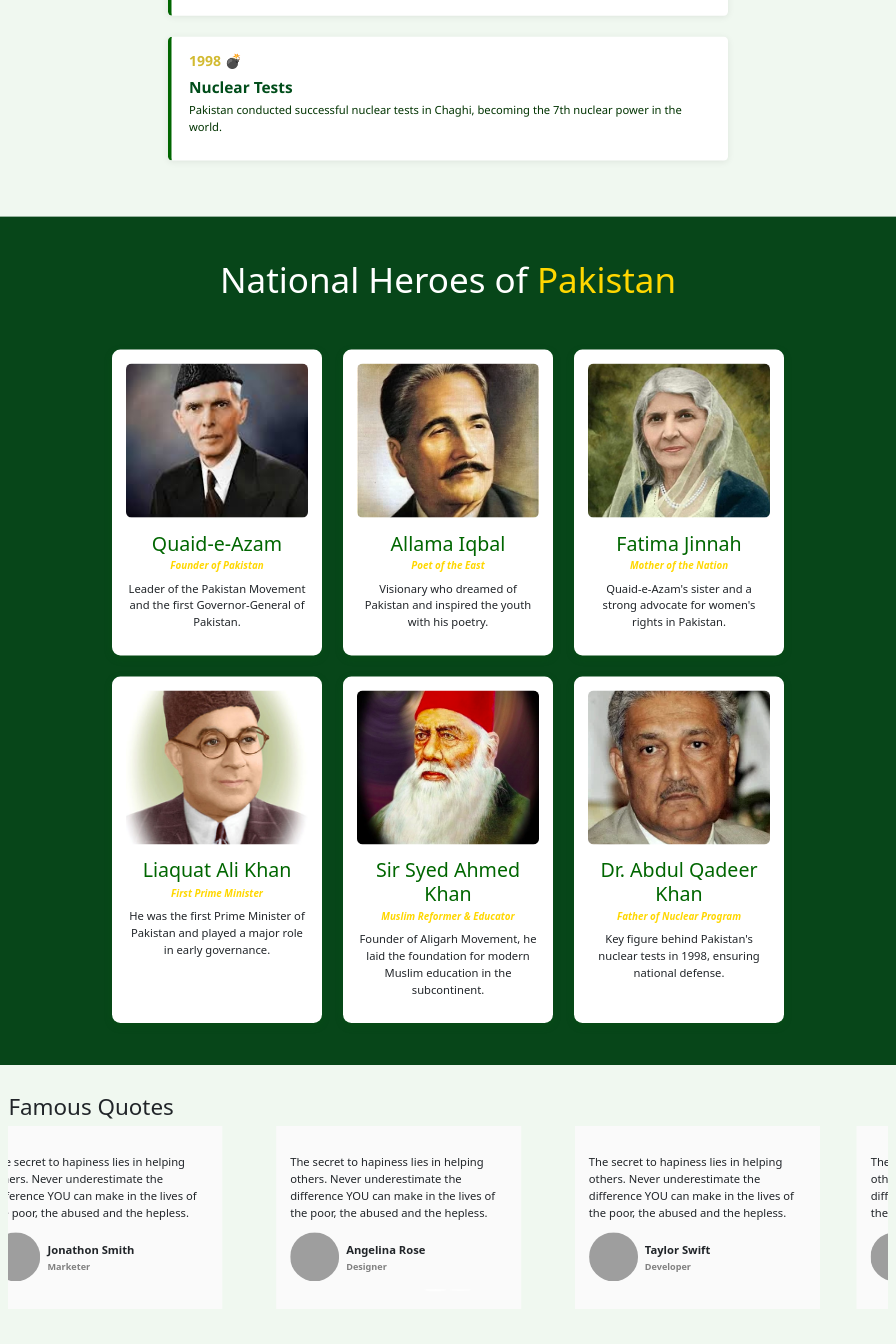
Repository: memonmuhammadali98/Pakistan-Independence-Day
Page: index.html
The author's editor kept a copy of each file at every save. The page is drawn from the files as they stood at one save, then again after the next save.
The browser window is 1280 px wide. The pictures show the part of the page from y = 2709 to 4629 px (the page is 4629 px tall before and 4539 px after), at 70% of full size.
Pictures or frames that could not be fetched are drawn as grey boxes.

Above is the page before, as saved 2025-08-08 17:29:44.
Console error: TypeError: Cannot set properties of null (setting 'innerHTML')

After the next save:
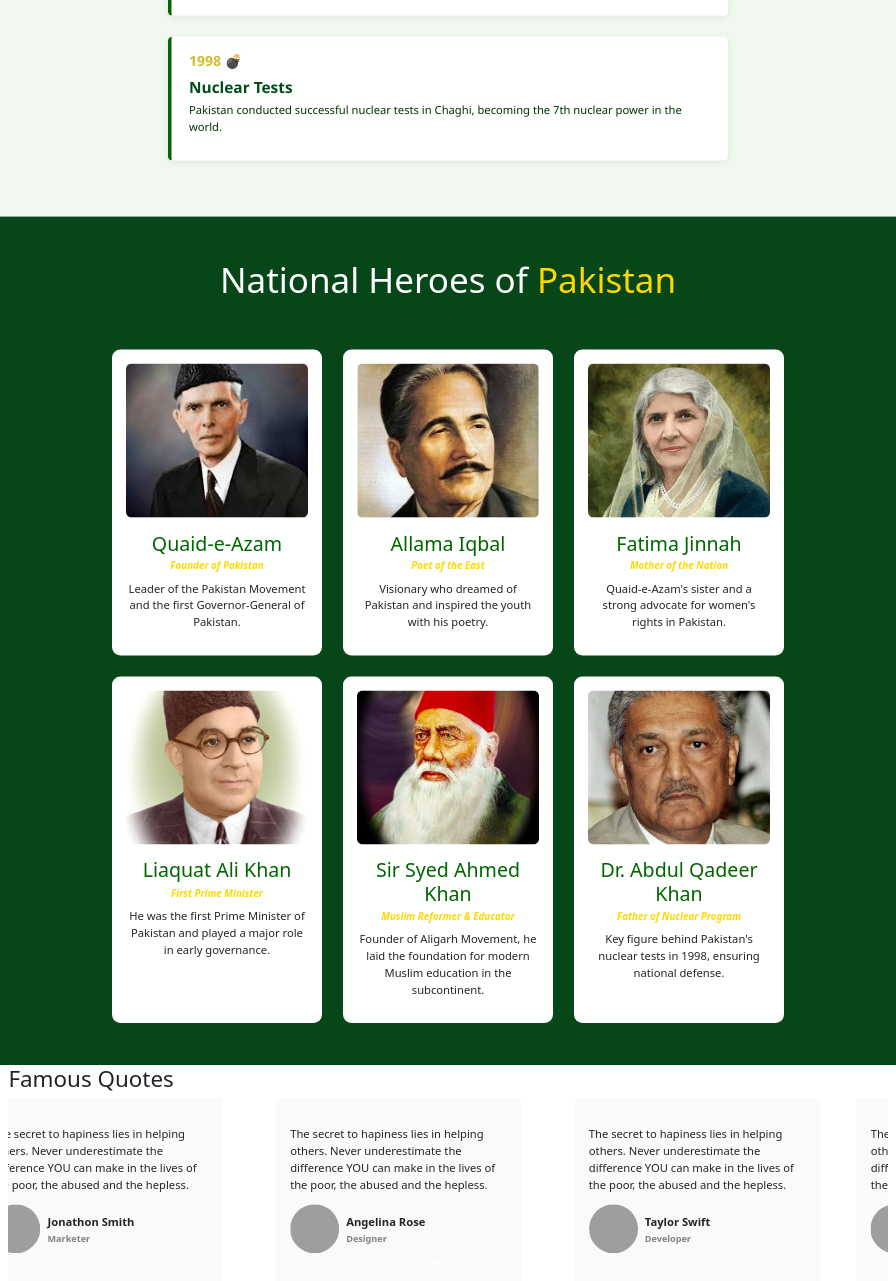
Saved 88 s later.
--- a/style.css
+++ b/style.css
@@ -584,7 +584,7 @@
 
 /* ========== People Section Starts ======= */
 
-.people-section{
+.quote-section{
   padding: 40px 40px 50px 40px;
   background-color: #f0f8f0;
   height: auto;
